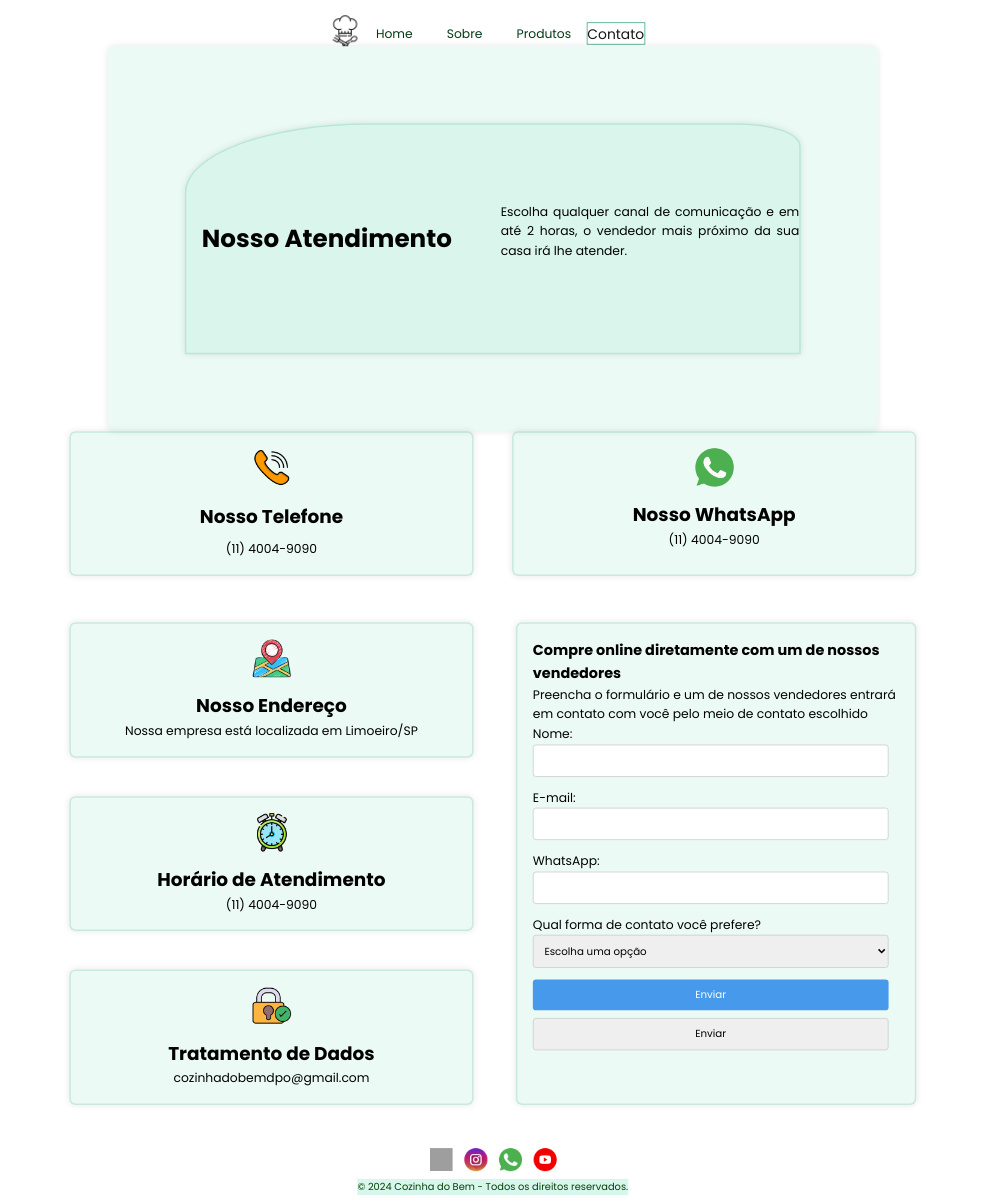
Repository: Thalia-Nataly/Cozinha-do-Bem-Proz
Page: contato.html
These files come from the project's save history. The page is drawn as it stood at one moment and after the next save; the edit follows.
The browser window is 1280 px wide. The pictures show the whole page, at 77% of full size.
Pictures or frames that could not be fetched are drawn as grey boxes.

Above is the page before, as saved 2024-08-25 19:18:46.

### contato.html
<!DOCTYPE html>
<html lang="pt-br">
<head>
    <meta charset="UTF-8">
    <meta name="viewport" content="width=device-width, initial-scale=1.0">
    <title>Contato</title>
    <link rel="icon" href="Imagens/favicon.jpg" type="image/jpg">
    <!-- CSS -->
    <link rel="stylesheet" href="css/stylegeral.css">
    <!-- JS -->
    <script src="js/menu.js" defer></script>
    <!-- Google Fonts -->
    <link rel="preconnect" href="https://fonts.googleapis.com">
    <link rel="preconnect" href="https://fonts.gstatic.com" crossorigin>
    <link href="https://fonts.googleapis.com/css2?family=Poppins:wght@100;200;300;400;500;600;700;800;900&display=swap" rel="stylesheet">
</head>
<body>
    <!-- Topo -->
    <a id="top"></a>

    <!-- Cabeçalho -->
    <header id="header">
       <div class="interface">
            <section class="logo">
                <img class="logo-branca" src="Imagens/logo.jpg" alt="Logo">
                <img class="logo-preto" src="Imagens/logo.jpg" alt="Logo">
            </section>
            <section class="menu-desktop">
                <nav>
                    <ul>
                        <li><a href="home.html">Home</a></li>
                        <li><a href="sobre.html">Sobre</a></li>
                        <li><a href="produtos.html">Produtos</a></li>
                    </ul>
                </nav>
            </section>
            <section class="btn-contato">
                <a href="contato.html">
                    <button>Contato</button>
                </a>
            </section>
        </div>
    </header>

    <!-- Main -->
    <main>
        <div class="main-content">
            <div class="box-conteiners">
                <div class="box-content">
                    <h1>Nosso Atendimento</h1>
                    <p><span>Escolha qualquer canal de comunicação e em até 2 horas, o vendedor mais próximo da sua casa irá lhe atender.</span></p>
                </div>
            </div>
        </div>

        <!-- Seções de Contato -->
        <div class="contact-container">
            <!-- Contêiner que contém o telefone e o WhatsApp -->
            <div class="contact-info-container">
                <div class="contact-info">
                    <div class="contact-box phone-box">
                        <img src="Imagens\telefone.png" alt="Ícone de Telefone" class="contact-icon">
                        <h2>Nosso Telefone</h2>
                        <p>(11) 4004-9090</p>
                    </div>
                    <div class="contact-box whatsapp-box">
                        <img src="Imagens\whatsapp_2504845.png" alt="Ícone de whatsapp" class="contact-icon">
                        <h2>Nosso WhatsApp</h2>
                        <p>(11) 4004-9090</p>
                    </div>
                </div>
            </div>

            <!-- Contêiner que contém os detalhes de contato e o formulário -->
            <div class="contact-details-form-container">
                <!-- Detalhes de contato -->
                <div class="contact-details">
                    <div class="contact-box">
                        <img src="Imagens\localização.png" alt="Ícone de Endereço" class="contact-icon">
                        <h2>Nosso Endereço</h2>
                        <p>Nossa empresa está localizada em Limoeiro/SP</p>
                    </div>
                    <div class="contact-box">
                        <img src="Imagens\horario.png" alt="Ícone de Relógio" class="contact-icon">
                        <h2>Horário de Atendimento</h2>
                        <p>(11) 4004-9090</p>
                    </div>
                    <div class="contact-box">
                        <img src="Imagens\cadeado.png" alt="Ícone de Cadeado" class="contact-icon">
                        <h2>Tratamento de Dados</h2>
                        <p>cozinhadobemdpo@gmail.com</p>
                    </div>
                </div>

                <!-- Formulário -->
                <div class="form-container">
                    <form>
                        <h3>Compre online diretamente com um de nossos vendedores</h3>
                        <p>Preencha o formulário e um de nossos vendedores entrará em contato com você pelo meio de contato escolhido </p>
                        <label for="nome">Nome: </label>
                        <input type="text" name="nome" id="nome" required>
                        <label for="email">E-mail: </label>
                        <input type="email" name="email" id="email" required>
                        <label for="tel">WhatsApp: </label>
                        <input type="tel" name="tel" id="tel" required>
                        <label for="contact-preference">Qual forma de contato você prefere?</label>
                        <select id="contact-preference" name="contact-preference" required>
                            <option value="" disabled selected>Escolha uma opção</option> <!-- Opção vazia que obrigará o usuário a escolher uma das opções abaixo -->
                            <option value="call">Ligação</option>
                            <option value="whatsapp">Mensagem no WhatsApp</option>
                        </select>

                        <button type="submit">Enviar</button>
                        <input type="submit" class="enviar" onclick="Enviar();" value="Enviar" />
                    </form>
                </div>
            </div>
        </div>
    </main>

    <!-- Rodapé -->
    <footer>
        <nav>
            <div class="footer-link">
                <a href="home.html" class="footer-logo">Cozinha do Bem</a>
            </div>
            <div class="social-links">
                <a href="https://www.facebook.com/" target="_blank" rel="noopener noreferrer">
                    <img src="Imagens/social_13051757.png" alt="Facebook"></a>
                <a href="https://www.instagram.com/" target="_blank" rel="noopener noreferrer">
                    <img src="Imagens/instagram_4494489.png" alt="Instagram"></a>
                <a href="https://wa.me/5544332156489" target="_blank" rel="noopener noreferrer">
                    <img src="Imagens/whatsapp_2504845.png" alt="Whatsapp"></a>
                <a href="https://www.youtube.com/" target="_blank" rel="noopener noreferrer">
                    <img src="Imagens/youtube_4494485.png" alt="Youtube"></a>
            </div>
            <p class="copyright">© 2024 Cozinha do Bem - Todos os direitos reservados.</p>
        </nav>
    </footer>
    <a href="#top" class="back-to-top">Voltar ao topo</a>
</body>
</html>

### css/stylegeral.css
/*reset*/
* {
    margin: 0;
    padding: 0;
    box-sizing: border-box;
    font-family: "Poppins", sans-serif;
}

/*----------------------------------------------------------------*/
/*media queries para ajustar o layout em diferentes tamanhos de tela.*/
@media (max-width: 768px) {
    .menu-desktop {
        display: none;
    }

    .menu-mobile {
        display: block;
    }
}

/*----------------------------------------------------------------*/
body {
    background-repeat: no-repeat, repeat;
    background-attachment: scroll, fixed;
    background-size: cover;
    line-height: 1.6;
    margin: 0;
    padding: 0;
    box-sizing: border-box;

}



/*----------------------------------------------------------------*/

/*PRODUTOS */
/* Cabeçalho */

main {

    margin-top: 60px;
}

.main-content {
    width: 1000%;
    max-width: 1000px;
    margin: 0 auto;
    padding: 80px;
    font-family: Arial, sans-serif;
    box-shadow: 0 0 10px rgba(0, 0, 0, 0.1);
    background-color: rgba(122, 223, 189, 0.153);
    border-radius: 8px;
}

.main-content h1 {
    margin-bottom: 20px;
    padding: 50px;

}

.main-content h3 {
    margin-top: 20px;
    margin-bottom: 10px;
}

.main-content p {
    margin-bottom: 20px;
}

.main-content ul {
    margin-bottom: 20px;
}

.main-content ul li {
    margin-bottom: 10px;
}

.main-content img {
    display: block;
    margin: 10px 0;
}



/* Main */
.content-container {
    display: flex;
    align-items: flex-start;
    gap: 15px;
    max-width: 1000px;
    margin-bottom: 50px;
    padding: 20px;
}

.text-box1 .text-box2 .text-box3 {
    border-radius: 8px;
    padding: 20px;
    box-sizing: border-box;
    max-width: 2000px;
    height: 650px;
}

.text-box1 {
    background-color: #aae5e8;
    flex: 1;
}

.text-box2 {
    background-color: #dbaaa3;
    flex: 1;
}

.text-box3 {
    background-color: #f7e7b2;
    flex: 1;
}

.image-box {
    flex: 1;
    max-width: 300px;
    height: 300px;
}

.image-right img {
    float: right;
    width: 200px;
    height: 200px;
}

.image-box img {
    width: 98%;
    height: 98%;
    border-radius: 8px;
    box-shadow: #000000;
    align-content: center;
}

.chips-container {
    background-color: #aae5e8;
    border-radius: 1%;
}

.arroz-container {
    background-color: #dbaaa3;
    border-radius: 1%;
}

.pizza-container {
    background-color: #f7e7b2;
    border-radius: 1%;
}

/*----------------------------------------------------------------*/
/* Formulário produto*/
.form-container {
    background-color: #7ad4ed24;
    border: 1px solid #ddd;
    border-radius: 8px;
    padding: 20px;
    box-shadow: 0 4px 8px rgba(0, 0, 0, 0.1);
    max-width: 1000px;
    margin: 0 auto;
    display: block;
    margin-top: 50px;
}

.form-container input,
.form-container button {
    display: block;
    width: 97%;
    margin-bottom: 10px;
    padding: 10px;
    border-radius: 4px;
    border: 1px solid #ddd;
    box-sizing: border-box;
}

.form-container button {
    background-color: #4799eb;
    color: #fff;
    border: none;
    cursor: pointer;
}

.form-container button:hover {
    background-color: #0056b3;
}


/*----------------------------------------------------------------*/


/* Footer GERAL */
footer {
    align-items: center;
    text-align: center;
    list-style: none;
}

.footer-logo {
    font-size: 24px;
    font-weight: bold;
    text-decoration: none;
    color: #ffffff;
}

.footer-logo:hover {
    color: #000000;
}


footer {
    background-color: transparent;
    padding: 8px;
    text-align: center;
}

footer nav {
    display: flex;
    flex-direction: column;
    align-items: center;
}

footer .footer-link {
    margin-bottom: 10px;
}

footer .social-links {
    display: flex;
    gap: 15px;
    margin-bottom: 10px;
}

footer .social-links a {
    text-decoration: none;
    color: #ffffff;
}

footer .social-links img {
    width: 30px;
    height: 30px;
    vertical-align: middle
}

footer .redes {
    display: flex;
    gap: 15px;
    margin-bottom: 10px;
}

ul.redes img {
    width: 30px;
    height: 30px;
    vertical-align: middle;
    list-style-type: none;
}


footer .social-links a:hover {
    color: #000000;
}

footer p {
    font-size: 0.8em;
    color: #ffffff;
    margin-top: 0;
}

.copyright {
    align-items: center;
    text-align: center;
    background-color: rgba(122, 223, 189, 0.293);
    color: rgb(3, 64, 5);
}

/*----------------------------------------------------------------*/

/* Botão "Voltar ao topo" */
.back-to-top {
    position: fixed;
    bottom: 10px;
    bottom: 33px;
    right: 20px;
    background-color: #ffffff;
    color: #0ba22f;
    padding: 10px;
    border-radius: 8px;
    text-decoration: none;
    font-size: 14px;
    box-shadow: 0 2px 4px rgba(0, 0, 0, 0.2);
    z-index: 1000;
    border: 2px solid #047110;

}

.back-to-top:hover {
    background-color: #047110;
    color: #ffffff;
}

/*----------------------------------------------------------------*/
/* Home video*/


.banner {
    width: 100%;
    height: 98vh;
    overflow: hidden;
    display: flex;
    justify-content: center;
    align-items: center;
}

.banner video {
    position: fixed;
    top: 0;
    left: 0;
    object-fit: cover;
    width: 100%;
    height: 98vh;
    z-index: -1;

}

/*----------------------------------------------------------------*/

/*navbar*/
.interface {
    max-width: 1280px;
    margin: 0 auto;
}

header .btn-contato button:hover {
    background-color: #078d07;
    color: #ffffff;
    transition: all 0.3s ease-in-out;
}

.menu-desktop nav a:hover {
    transform: scale(1.05);
}

/* Estilo do Header */
header {
    width: 100%;
    padding: 20px 0;
    position: fixed;
    top: 0;
    left: 0;

    transition: .5s;
    z-index: 5;
}

header .interface {
    display: flex;
    justify-content: center;
    align-items: center;
    background-color: transparent;

}

header .logo img {
    max-width: 40px;


}

/* ---------------------------------------------------------------- */
/* Estilo do Menu */

header .logo img.logo-preto {
    display: none;
}

header .menu-desktop nav ul {
    list-style-type: none;
}

header .menu-desktop nav ul li {
    display: inline-block;
    margin: 0 20px;
}

header .menu-desktop nav ul li a {
    color: #033915;
    text-decoration: none;
    display: inline-block;
    transition: .2s;
}

.menu-desktop nav a:hover {
    transform: scale(1.05);
}

header .btn-contato,
button .botaosaiba button {
    width: 90px;
    height: 4%;
}

header .btn-contato button,
.hero-site button,
.botaosaiba button {
    font-size: 18px;
    background-color: transparent;
    border: 1px solid #038d5acb;
    color: #171616;
    cursor: pointer;
    transition: .5s;
}

header .btn-contato button:hover,
.hero-site button:hover {
    background-color: #165850;
    color: #fbfffd;

}

header.rolar {
    background-color: #02484691;
    padding: 10px 0;
    box-shadow: 0 0 8px #0bb8a772;

}

header.rolar .menu-desktop nav ul li a {
    color: #ffffff;
}

header.rolar .btn-contato button:hover {
    background-color: #036047;
    color: #ebf5f4;
}

header.rolar .logo img.logo-branca {
    display: none;
}

header.rolar .logo img.logo-preto {
    display: block;
}

/*Hero-site*/
section.hero-site {
    height: 98vh;
    color: black;
}

.hero-site .interface {
    display: flex;
    align-items: center;
    height: 100%;
    margin: 0 auto;
}

.hero-site .txt-hero {
    background-color: rgba(122, 223, 189, 0.153);
    border-top-right-radius: 20%;
    border-top-left-radius: 20%;
}

.hero-site .txt-hero h1 {
    font-size: 4em;
    font-weight: 200;
}

.hero-site .txt-hero p {
    font-size: 20px;
    font-weight: 300;
    margin: 25px 0;
}

.hero-site .txt-hero p span {
    display: block;
}

.hero-site button,
.box-img button {
    width: 200px;
    height: 50px;
}

/* C O N T A T O    P Á G I N A   I N Í C I O*/
/* Contêiner principal de contato */
.contact-container {
    display: flex;
    flex-direction: column;
    align-items: center;
    gap: 20px; /* Espaço entre os elementos */
}


/* Contêiner que contém o telefone e o WhatsApp */
.contact-info-container {
    display: flex;
    justify-content: center;
    width: 100%;
    margin-bottom: 20px; /* Diminuir o espaço entre o WhatsApp e a linha de cima */
}

/* Ainhamento entre o telefone e o WhatsApp na mesma linha */
.contact-info {
    display: flex;
    gap: 50px; /* Espaçamento entre o telefone e WhatsApp */
}

/* Style para o telefone e o WhatsApp */
.contact-box {
    border-radius: 8px;
    padding: 20px; /* AAjustar o ícone e o texto */
    box-sizing: border-box;
    text-align: center;
    width: 525px; /* Ajustar a largura */
    background-color: rgba(122, 223, 189, 0.153);
    border: 2px solid #038d5a27;
    box-shadow: 0 0 10px rgba(0, 0, 0, 0.1);
}


/* Box telefone */
.phone-box {
    display: flex;
    flex-direction: column;
    align-items: center;
}

/* ícone telefone */
.contact-icon {
    width: 50px; /* Ajustar tamanho */
    height: auto;
    margin-bottom: 10px; /* Espaço entre a imagem e o texto */
}

/* Style para o título e o texto na caixa de telefone */
.phone-box h2 {
    margin: 10px 0;
}

.phone-box p {
    margin: 0;
}

/* Style para a caixa do WhatsApp */
.whatsapp-box {
    text-align: center;
}

/* Style para o contêiner de detalhes do contato e formulário */
.contact-details-form-container {
    display: flex;
    justify-content: space-between; /* Espaçamento automático para as colunas */
    width: 100%;
    max-width: 1100px; /* Largura máxima das colunas */
    margin-top: 20px; /* Espaço de cima contêiner */
}

/* Style para os detalhes de contato e formulário */
.contact-details, .form-container .form-produtos {
    display: flex;
    flex-direction: column;
    gap: 50px;
    width: 500px; /* Largura fixa para ambas as colunas (sem considerar o form) */
    box-sizing: border-box;
}

/* Style para o formulário */
.form-container
{
    margin-top: 10px; /* Diminuir o espaço entre o form e a linha de cima */
    height: auto; /* Altura do conteúdo */
    background-color: rgba(122, 223, 189, 0.153);
    border: 2px solid #038d5a27;
    box-shadow: 0 0 10px rgba(0, 0, 0, 0.1);
    border-radius: 8px;
    padding: 20px;
    max-width: 1000px;
    margin: 0 auto;
    display: block;
    margin-left: 80px; /* Adicionar espaço à esquerda do form */
}
.form-prodcontainer {
    width: 1000%;
    max-width: 1000px;
    margin: 0 auto;
    padding: 80px;
    font-family: Arial, sans-serif;
    box-shadow: 0 0 10px rgba(0, 0, 0, 0.1);
    background-color: rgba(122, 223, 189, 0.153);
    border-radius: 8px;
}
.form-produtos {
    margin-top: 10px; /* Diminuir o espaço entre o form e a linha de cima */
    height: auto; /* Altura do conteúdo */
    background-color: rgba(122, 223, 189, 0.153);
    border: 2px solid #038d5a27;
    box-shadow: 0 0 10px rgba(0, 0, 0, 0.1);
    border-radius: 8px;
    padding: 20px;
    max-width: 1000px;



}

/* Style dos campos de entrada e botão dentro do form */
.form-container input,
.form-container select,
.form-container button
.form-prodcontainer input,
.form-prodcontainer select
{
    display: block;
    width: 97%;
    margin-bottom: 15px;
    padding: 10px;
    border-radius: 4px;
    border: 1px solid #cccccc; /* Cor da borda dos campos */
    box-sizing: border-box;
}
.form-prodcontainer button{
    height:auto;
    width: 70px;
    margin-bottom: 15px;
    background-color: #4799eb;
    color: white;
    border: none;
    cursor: pointer;
    border-radius: 4px;
}

/* Estilo do botão dentro do form */
.form-container button
.form-prodcontainer  button {
    background-color: #ffffff;
    color: #047110;
    border: none;
    cursor: pointer;
    border: 2px solid #00000027;
}

.form-container button:hover
.form-prodcontainer form button:hover {
    background-color: #047110;
    color: #ffffff;
}



/*----------------------------------------------------------------*/
/* Boxes */
.box-img img {
    width: 200px;
    height: 200px;
}

.box-conteiners {

    padding: 20px;
    max-width: auto;
    height: auto;
    list-style-type: none;
    display: flex;
    justify-content: center;
    align-items: center;
    flex: wrap;



}


.box-content {

    width: 800px;
    height: 300px;
    background-color: rgba(122, 223, 189, 0.153);
    border: 2px solid #038d5a27;
    box-shadow: 0 0 10px rgba(0, 0, 0, 0.1);

    border-start-start-radius: 30%;
    border-start-end-radius: 10%;
    order: 1;
    display: flex;
    justify-content: center;
    align-items: center;
    flex: wrap;




}

.box-content h1 {
    width: 800px;
    display: flex;
    margin-top: 20px;
    align-self: center;
    padding: 20px;

}

.box-content p {
    width: 800px;
    text-align: justify;
    display: block;

    align-self: center;
    flex-direction: left;
}


.box-img {

    width: 250px;
    height: auto;
    align-self: center;
    padding: 20px;



}

.box-img img {
    border-radius: 20%;

}

.box-sobre {

    width: 800px;
    height: auto;
    padding: 20px;
    order: 1;
    border-end-end-radius: 10%;
    border-start-end-radius: 10%;



}

.botaosaiba {
    display: flex;
    align-self: center;
    flex-direction: center;
    order: 1;

}

### js/menu.js

//cor do menu mudar quando rolar p baixo//
let navBar = document.querySelector('#header');

document.addEventListener('scroll', ()=>{
    let scrollTop = window.scrollY;
    if(scrollTop > 0){
        navBar.classList.add('rolar');
    }else{
        navBar.classList.remove('rolar');
    }

} )

// botao voltar ao topo apenas aparecer quando rolar p baixo//
window.onscroll = function() {
    var topButton = document.querySelector('.back-to-top');
    if (document.body.scrollTop > 20 || document.documentElement.scrollTop > 20) {
        topButton.style.display = "block";
    } else {
        topButton.style.display = "none";
    }
};

// formulario de contato//
function Enviar() {

    var nome = document.getElementById("nomeid");

    if (nome.value != "") {
        alert('Obrigado sr(a) ' + nome.value + ' os seus dados foram encaminhados com sucesso');
    }

}

After the next save:
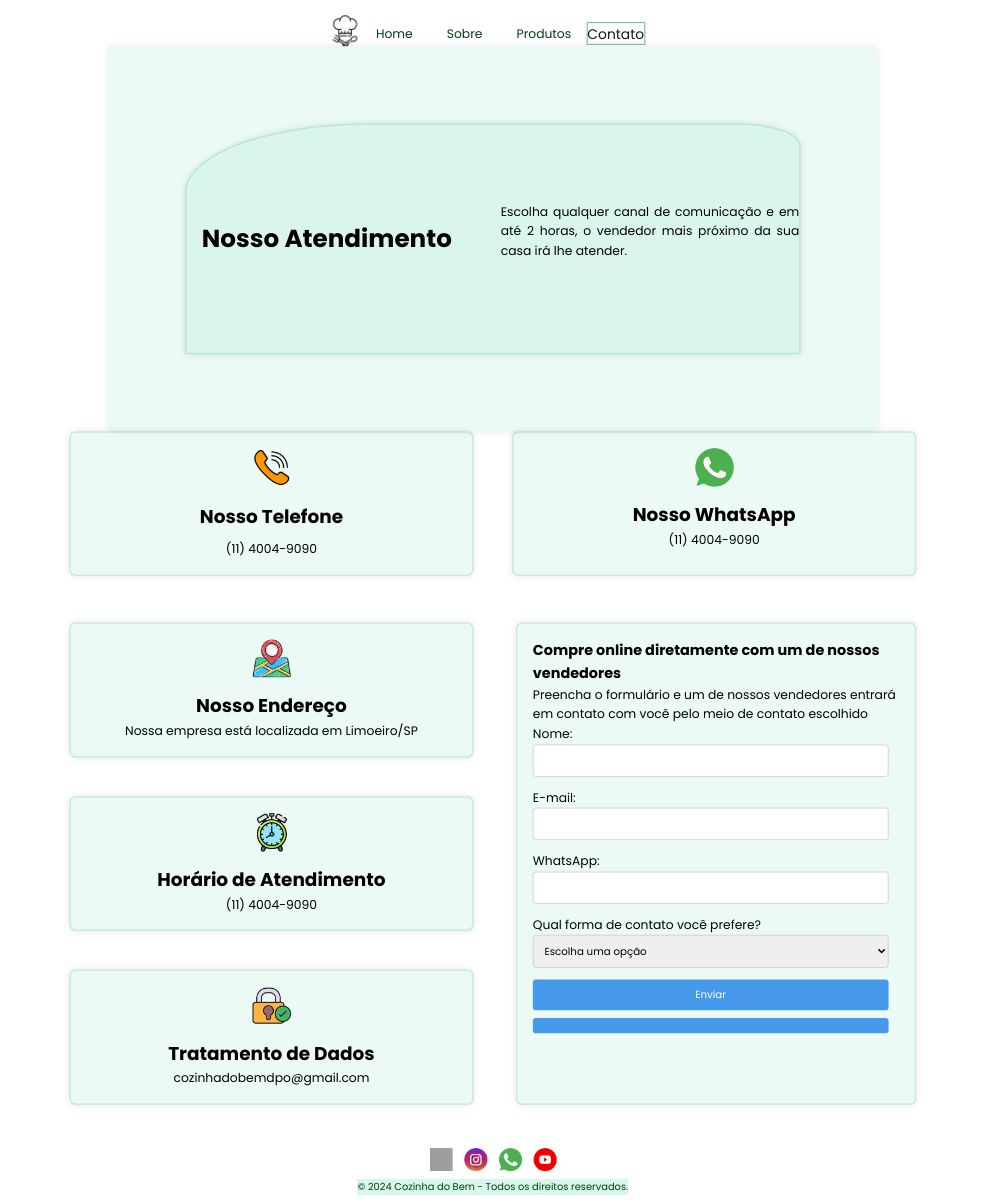
Saved 83 s later.
--- a/contato.html
+++ b/contato.html
@@ -111,7 +111,7 @@
                         </select>
 
                         <button type="submit">Enviar</button>
-                        <input type="submit" class="enviar" onclick="Enviar();" value="Enviar" />
+                        <button type="submit" class="enviar" onclick="Enviar();" value="Enviar" />
                     </form>
                 </div>
             </div>
